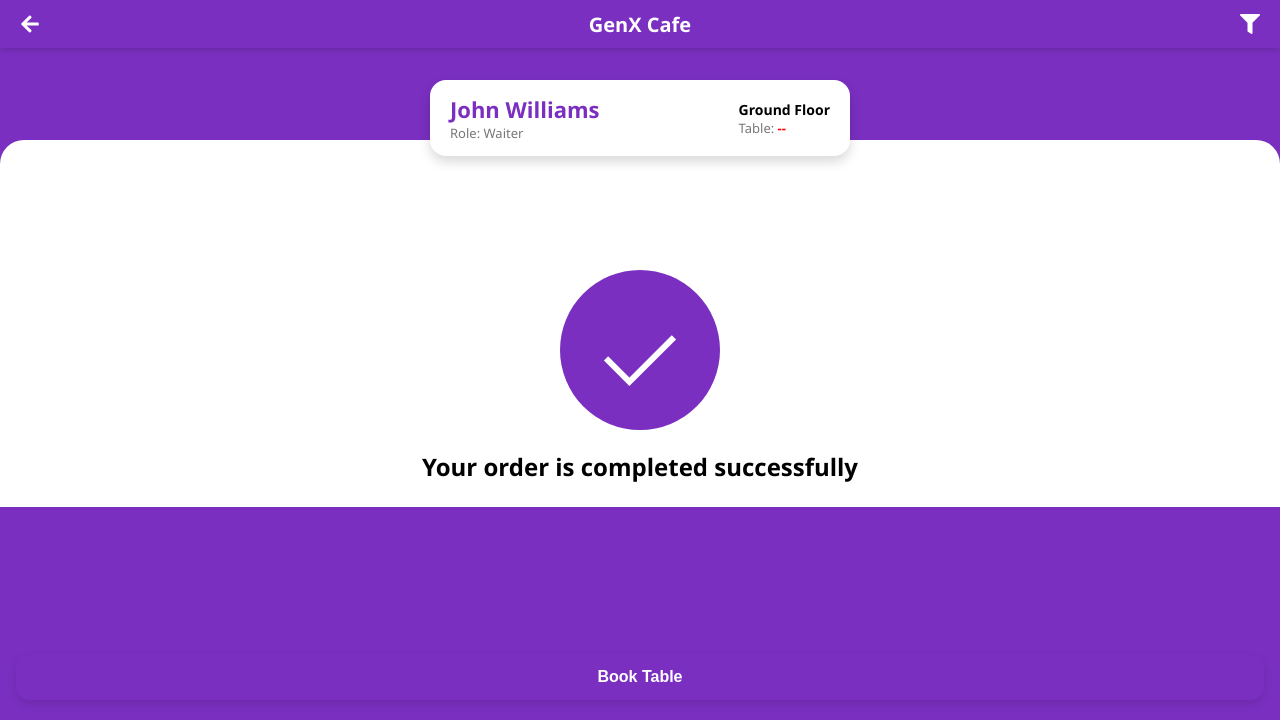
Repository: rajeshwaranslv/sturdy-spork-genx-frontend
Page: /success
These files come from the project's save history. The page is drawn as it stood at one moment and after the next save; the edit follows.
The browser window is 1280 px wide. The pictures show the whole page.
The project was rebuilt for these pictures with package versions that can differ from the ones it lists, and the page was loaded fresh each time. Also part of the build but not shown: src/components/TableSelection.js, src/components/menu.css, src/components/MenuSelection.js, src/components/order.css, src/components/OrderReview.js, src/components/Billing.js.

Above is the page before, as saved 2025-07-16 17:42:39.

After the next save:
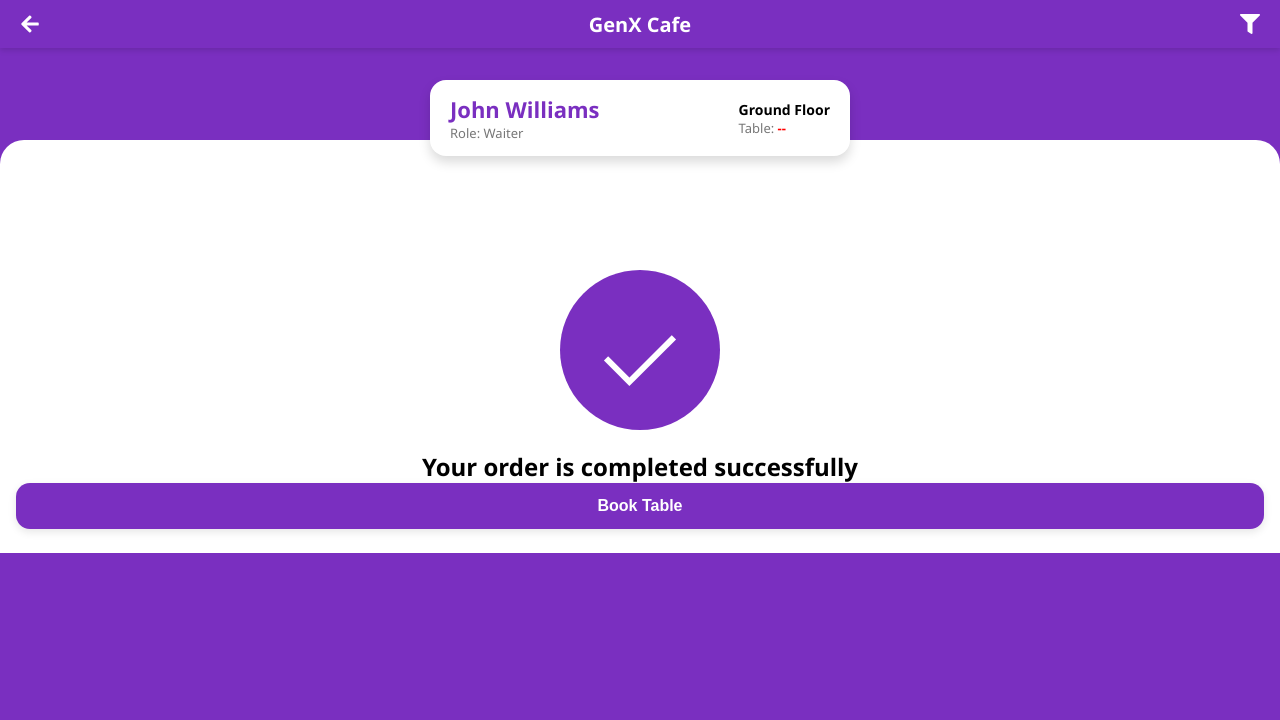
Saved 65 s later.
--- a/src/components/success.css
+++ b/src/components/success.css
@@ -93,17 +93,14 @@
 
 /* Fixed Bottom Button */
 .footer-btn {
-  position: fixed;
-  bottom: 20px;
-  left: 16px;
-  right: 16px;
+  width: 100%;
   padding: 14px;
+  border-radius: 14px;
+  background-color: #7a2fc0;
+  color: white;
   font-size: 16px;
   font-weight: bold;
-  background-color: #7a2fc0;
-  color: white;
   border: none;
-  border-radius: 14px;
   cursor: pointer;
-  box-shadow: 0 4px 8px rgba(0, 0, 0, 0.1);
+  box-shadow: 0 3px 8px rgba(0, 0, 0, 0.1);
 }
